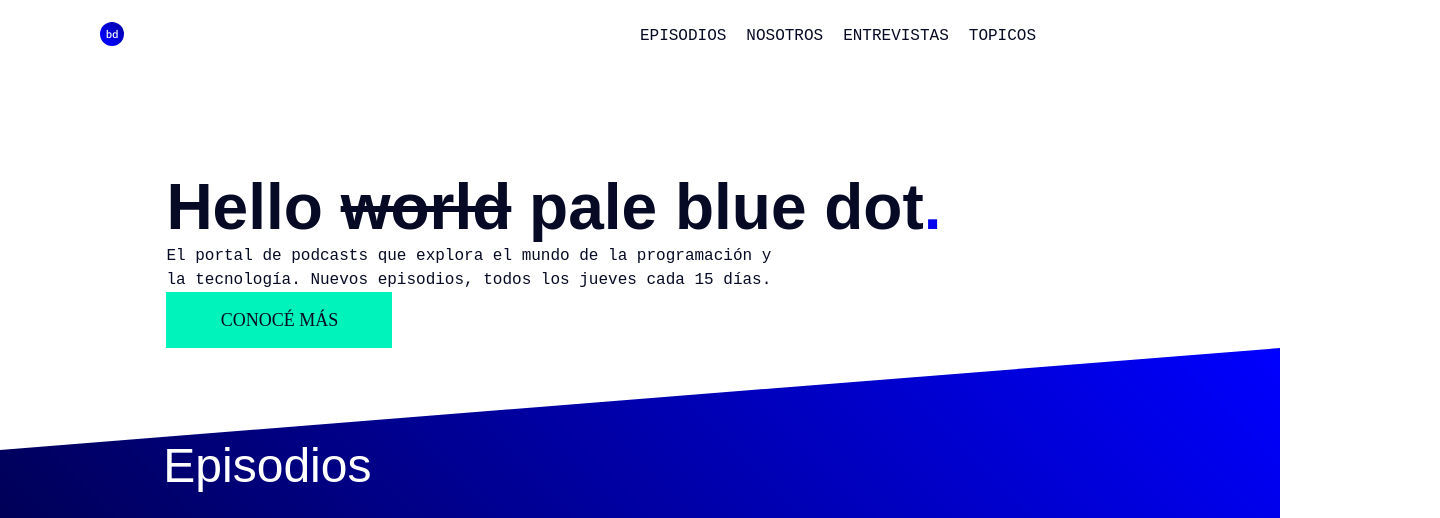
Repository: FedeGA93/podcast
Page: index.html
An editor plug-in stored every save of this project. The page is shown before and after the next save, followed by the edit.
The browser window is 1280 px wide. The page is 1440 px wide, so the pictures cover 1440 px, including what lies to the right of the window. The pictures show the part of the page from y = 0 to 518 px (the page is 3205 px tall).
Pictures or frames that could not be fetched are drawn as grey boxes. Some web fonts or font styles are not loaded; a fallback is used. Some web libraries are served in a nearby version.

Above is the page before, as saved 2019-11-26 16:10:19.

After the next save:
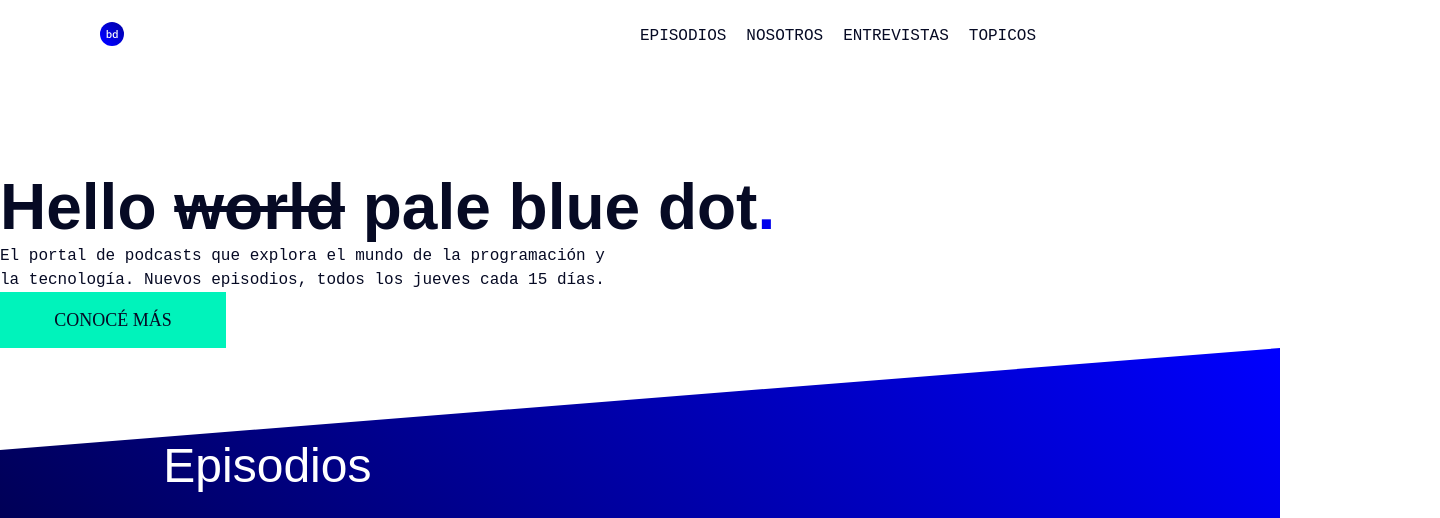
Saved 24 s later.
--- a/styles/styles.css
+++ b/styles/styles.css
@@ -23,7 +23,7 @@
   text-indent: 20px;
 }
 
-.first-box {
+. {
   display: flex;
   flex-flow: column;
   padding: 0 13%;

After the 3 saves that followed:
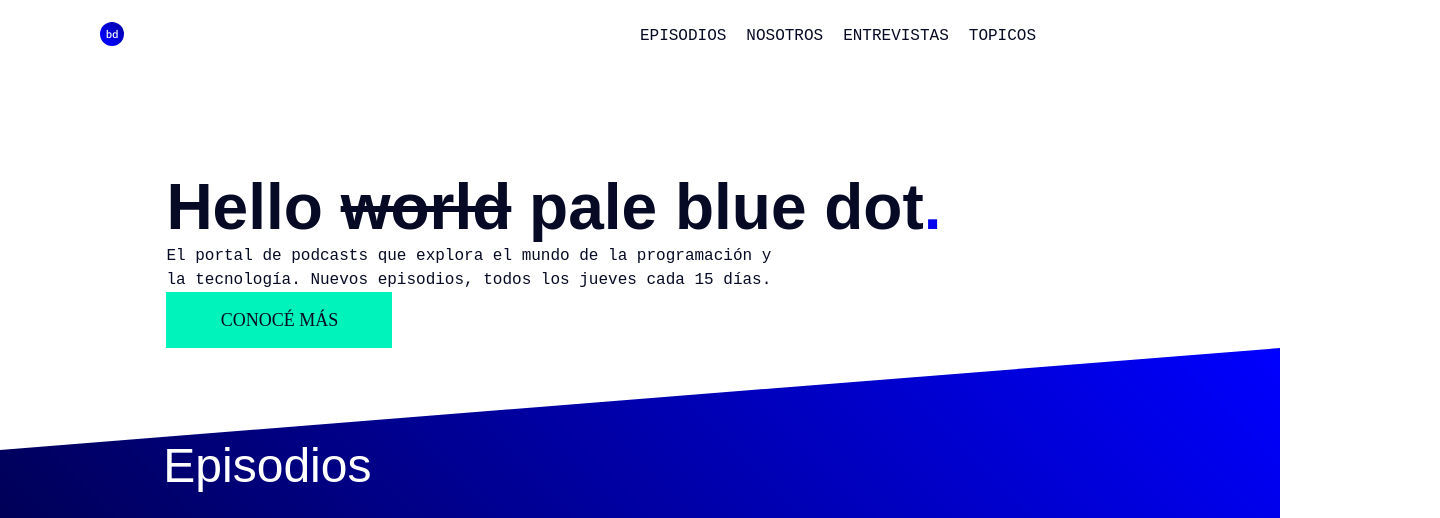
The 3 saves are shown as one change because 1 left the picture as it was and some came seconds apart.
The last was saved 15 s later.
--- a/index.html
+++ b/index.html
@@ -40,7 +40,7 @@
             </div>
         </div>
     </header>
-    <main class="first-box">
+    <main class="primera-caja">
         <div class="main-child">
             <h1>Hello <s>world</s> pale blue dot<strong class="strong-dot">.</strong></h1>
         </div>
--- a/styles/styles.css
+++ b/styles/styles.css
@@ -23,7 +23,7 @@
   text-indent: 20px;
 }
 
-. {
+.primera-caja {
   display: flex;
   flex-flow: column;
   padding: 0 13%;
